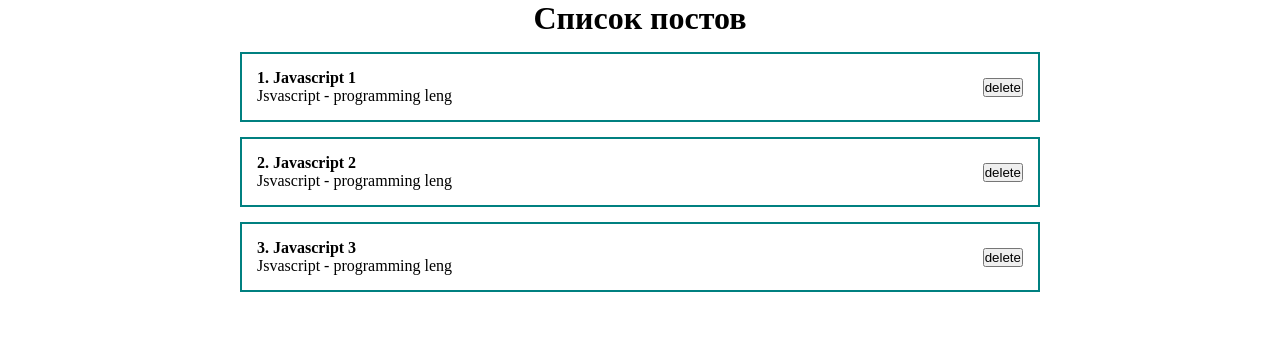
Repository: tsydikov/reactTodo
Page: /
The author's editor kept a copy of each file at every save. The page is drawn from the files as they stood at one save, then again after the next save.
The browser window is 1280 px wide. The pictures show the whole page.
The project was rebuilt for these pictures with package versions that can differ from the ones it lists, and the page was loaded fresh each time.

Above is the page before, as saved 2021-08-29 12:30:40.

After the next save:
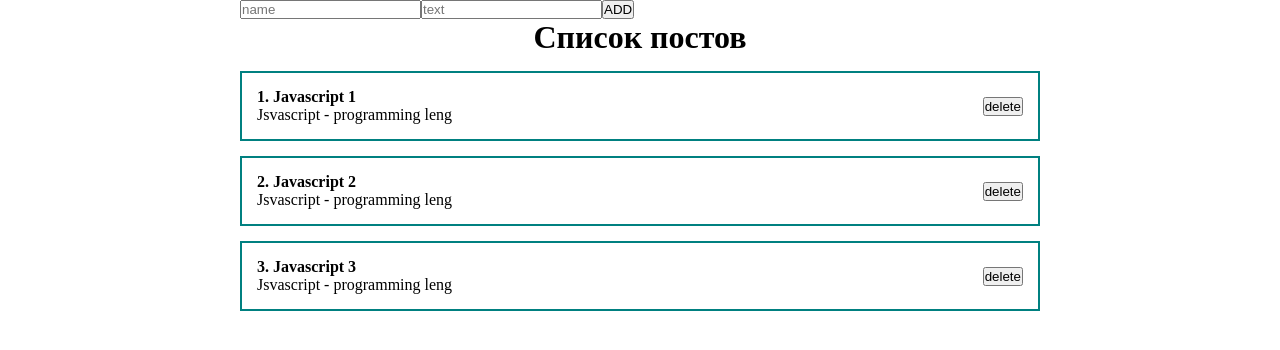
Saved 2 min 20 s later.
--- a/src/App.js
+++ b/src/App.js
@@ -11,6 +11,11 @@ function App() {
   ])
   return (
     <div className="App">
+      <form>
+        <input type="text" placeholder="name" />
+        <input type="text" placeholder="text" />
+        <button>ADD</button>
+      </form>
       <PostList posts={posts} title="Список постов" />
     </div>
   );
